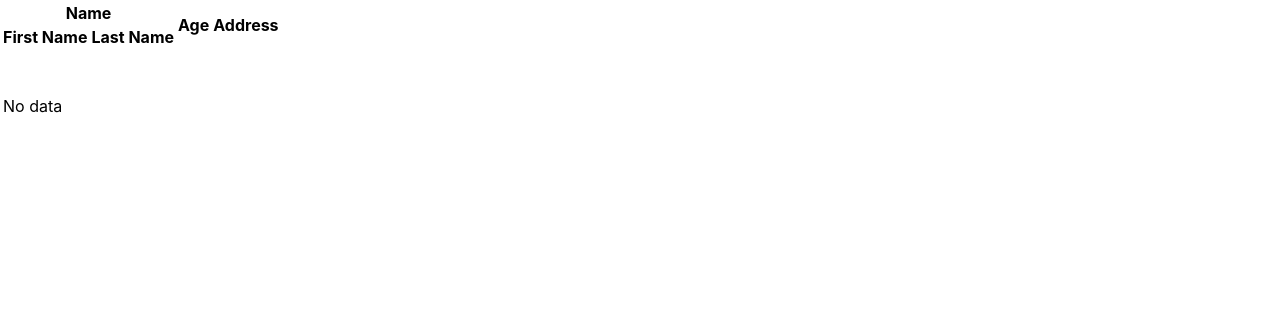
Repository: haminhdat1407/react-api-student
Page: /
An editor plug-in stored every save of this project. The page is shown before and after a run of saves, followed by the edit.
The browser window is 1280 px wide. The pictures show the whole page.
The page's requests for data from a server got no answer. The project was rebuilt for these pictures with package versions that can differ from the ones it lists, and the page was loaded fresh each time. No one was signed in, and anything a server would have sent is missing. Also part of the build but not shown: src/components/StudentList/style.css, src/styles.css.

Above is the page before, as saved 2022-03-12 19:15:48.

After the next 2 saves:
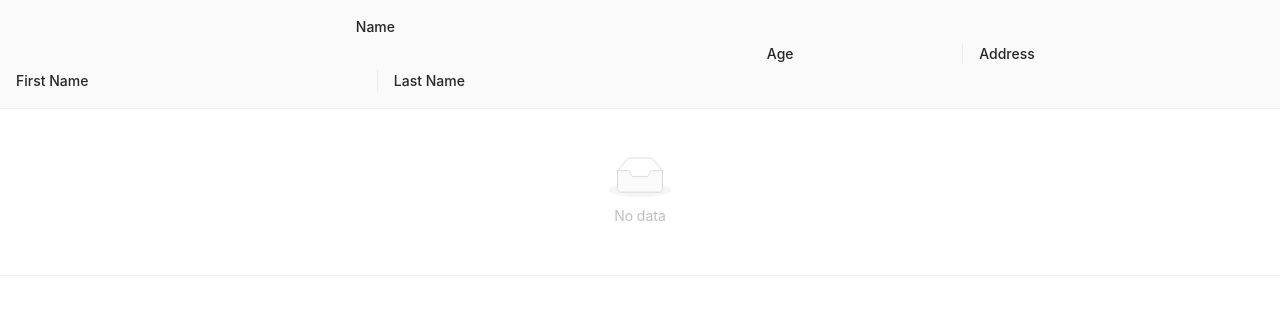
The 2 saves are shown as one change because they came seconds apart.
The last was saved 7 s later.
--- a/src/components/StudentList/index.jsx
+++ b/src/components/StudentList/index.jsx
@@ -3,6 +3,7 @@ import PropTypes from 'prop-types';
 import './style.css';
 import dayjs from 'dayjs';
 import { Table, Tag, Space } from 'antd';
+import 'antd/dist/antd.css';
 
 const { Column, ColumnGroup } = Table;
 
